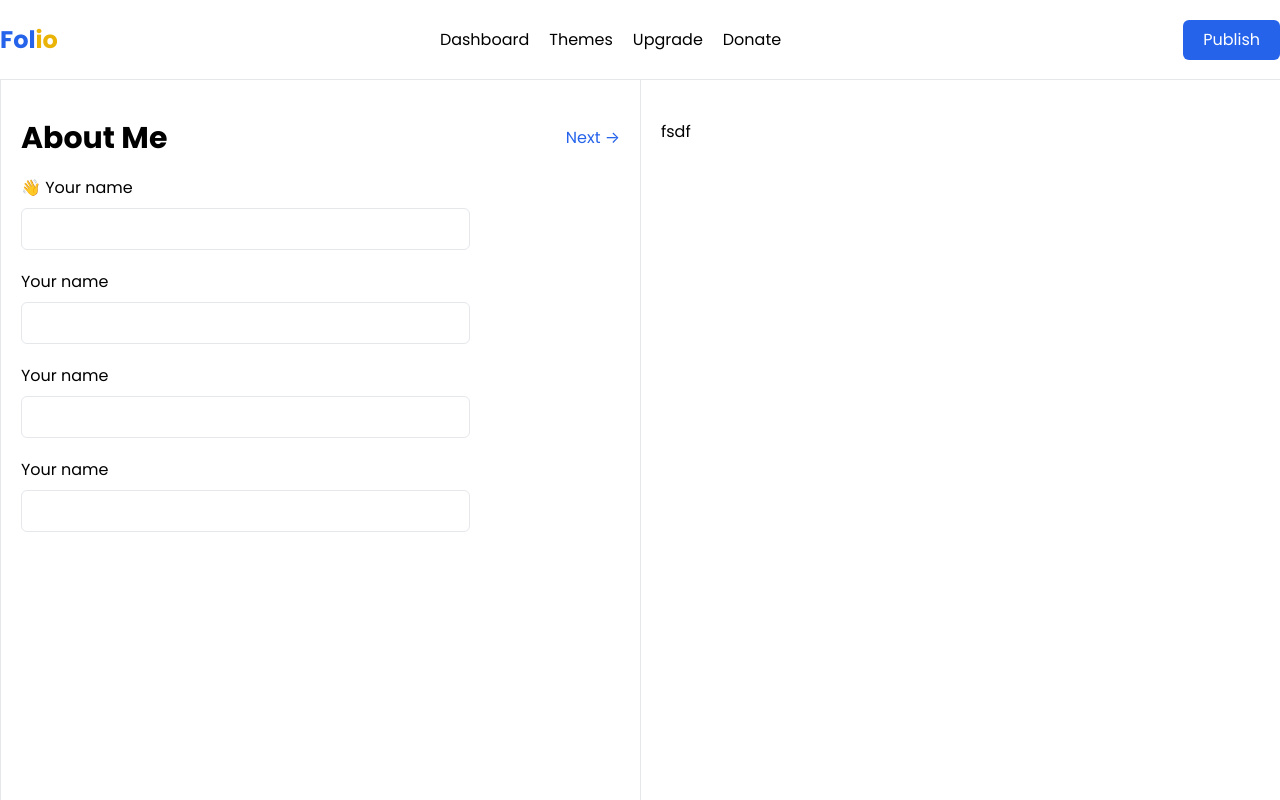
Repository: langford-dev/follio
Page: /
An editor plug-in stored every save of this project. The page is shown before and after the next save, followed by the edit.
The browser window is 1280 px wide. The pictures show the whole page.
The project was rebuilt for these pictures with package versions that can differ from the ones it lists, and the page was loaded fresh each time. The framework's server and built-in components were replaced by stand-ins that run in the browser. Also part of the build but not shown: next.config.js, components/pageView.js.

Above is the page before, as saved 2022-03-19 11:01:25.

### pages/_app.js
import { AppProvider } from '../context/context'
import '../styles/globals.css'

function MyApp({ Component, pageProps }) {
  return <AppProvider>
    <Component {...pageProps} />
  </AppProvider>
}

export default MyApp

### pages/index.js
import EditView from '../components/body'
import Header from '../components/header'

export default function Home() {
  return <div>
    <Header />
    <EditView />
  </div>
}

### context/context.js
import { createContext, useEffect } from "react"

export const AppContext = createContext()

export const AppProvider = ({ children }) => {
    return <AppContext.Provider>
        {children}
    </AppContext.Provider>
}

### styles/globals.css
@import url('https://fonts.googleapis.com/css2?family=Poppins:wght@300;400;500;600;700;800&display=swap');

@tailwind base;
@tailwind components;
@tailwind utilities;


html,
body {
  /* background: #e2e8f013; */
  padding: 0;
  margin: 0;
}

a {
  color: inherit;
  text-decoration: none;
}

* {
  box-sizing: border-box;
  font-family: "Poppins", -apple-system, BlinkMacSystemFont, Segoe UI, Roboto, Oxygen,
    Ubuntu, Cantarell, Fira Sans, Droid Sans, Helvetica Neue, sans-serif;
}

### components/body.js
import PageView from "./pageView"

const styles = {
    pageView: `m-auto max-w-screen-xl h-screen pt-20`,
    title: `text-3xl font-bold`,
    flexView: `flex h-screen`,
    editingView: `w-1/2 p-5 pt-10 border-l`,
    preview: `border-l w-1/2 p-5 pt-10`,
    inputContainer: `flex flex-col mt-5`,
    input: `border p-2 outline-none mt-2 w-9/12 rounded-md`,
    label: ``,
    textButton: `text-blue-600 cursor-pointer`,
    pageTitleView: `flex items-center justify-between`,
}

const EditView = () => {
    return <div className={styles.pageView}>
        <div className={styles.flexView}>
            <div className={styles.editingView}>
                <div className={styles.pageTitleView}>
                    <p className={styles.title}>About Me</p>
                    <p className={styles.textButton}>Next &rarr;</p>
                </div>
                <div className={styles.inputContainer}>
                    <label className={styles.label}>👋 Your name</label>
                    <input type="text" className={styles.input} />
                </div>
                <div className={styles.inputContainer}>
                    <label className={styles.label}>Your name</label>
                    <input type="text" className={styles.input} />
                </div>
                <div className={styles.inputContainer}>
                    <label className={styles.label}>Your name</label>
                    <input type="text" className={styles.input} />
                </div>
                <div className={styles.inputContainer}>
                    <label className={styles.label}>Your name</label>
                    <input type="text" className={styles.input} />
                </div>
            </div>
            <div className={styles.preview}>fsdf</div>
        </div>
    </div>
}

export default EditView

### components/header.js
import Link from "next/link"
import Logo from "./logo"

const styles = {
    header: `border-b h-20 bg-white fixed w-screen top-0 left-0`,
    headerWrapper: `m-auto max-w-screen-xl h-full flex items-center justify-between`,
    button: `bg bg-blue-600 text-white h-10 px-5 flex items-center justify-center rounded-md cursor-pointer`,
    nav: `flex`,
    navLink: `mr-5 hover:text-blue-600 cursor-pointer`,
}

const Header = () => {
    return <header className={styles.header}>
        <div className={styles.headerWrapper}>
            <Logo />
            <nav className={styles.nav}>
                <Link passHref={true} href="/"><p className={styles.navLink}>Dashboard</p></Link>
                <Link passHref={true} href="/"><p className={styles.navLink}>Themes</p></Link>
                <Link passHref={true} href="/"><p className={styles.navLink}>Upgrade</p></Link>
                <Link passHref={true} href="/"><p className={styles.navLink}>Donate</p></Link>
            </nav>
            <div className="flex items-center">
                <div className={styles.button}>Publish</div>
            </div>
        </div>
    </header>
}

export default Header

### components/logo.js
const Logo = () => {
    return <p className="font-bold text-2xl text-blue-600">Fol<span className="text-yellow-500">io</span></p>
}

export default Logo

Loaded but not shown: tailwind.config.js (common file)

After the next save:
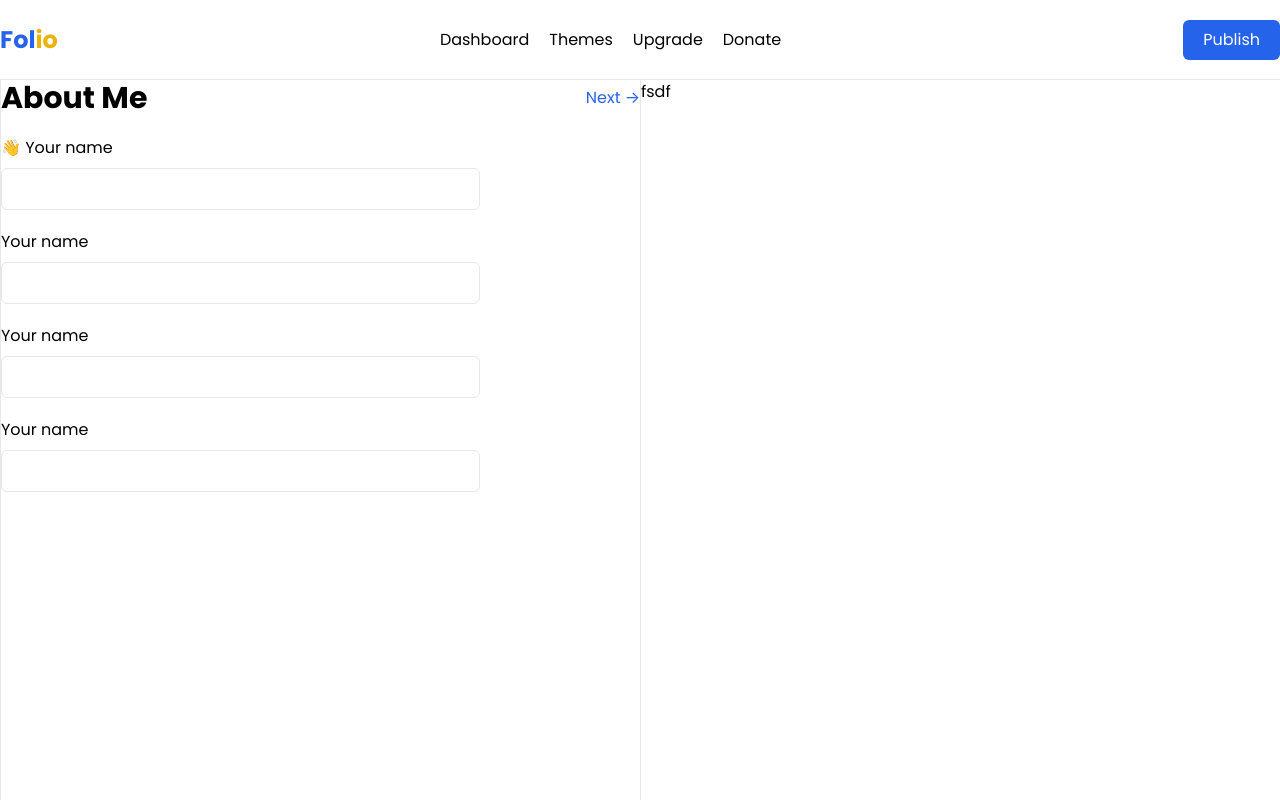
Saved 15 s later.
--- a/components/body.js
+++ b/components/body.js
@@ -4,8 +4,8 @@ const styles = {
     pageView: `m-auto max-w-screen-xl h-screen pt-20`,
     title: `text-3xl font-bold`,
     flexView: `flex h-screen`,
-    editingView: `w-1/2 p-5 pt-10 border-l`,
-    preview: `border-l w-1/2 p-5 pt-10`,
+    editingView: `w-1/2 border-l`,
+    preview: `border-l w-1/2`,
     inputContainer: `flex flex-col mt-5`,
     input: `border p-2 outline-none mt-2 w-9/12 rounded-md`,
     label: ``,
